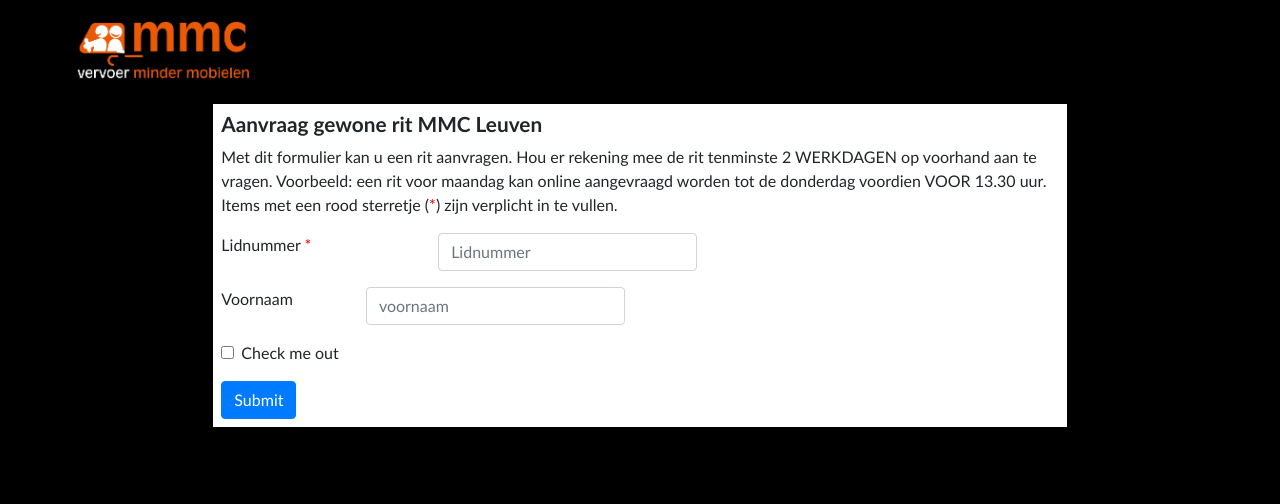
Repository: tclaes/vera
Page: index.html
An editor plug-in stored every save of this project. The page is shown before and after the next save, followed by the edit.
The browser window is 1280 px wide. The pictures show the whole page.

Above is the page before, as saved 2018-11-12 15:44:25.

### index.html
<!doctype html>
<html class="no-js" lang="">

<head>
  <meta charset="utf-8">
  <meta http-equiv="x-ua-compatible" content="ie=edge">
  <title></title>
  <meta name="description" content="">
  <meta name="viewport" content="width=device-width, initial-scale=1, shrink-to-fit=no">

  <link rel="manifest" href="site.webmanifest">
  <link rel="apple-touch-icon" href="icon.png">
  <!-- Place favicon.ico in the root directory -->

  <link rel="stylesheet" href="https://stackpath.bootstrapcdn.com/bootstrap/4.1.3/css/bootstrap.min.css" integrity="sha384-MCw98/SFnGE8fJT3GXwEOngsV7Zt27NXFoaoApmYm81iuXoPkFOJwJ8ERdknLPMO" crossorigin="anonymous">
  <link rel="stylesheet" href="css/main.css">
</head>

<body>
  <!--[if lte IE 9]>
    <p class="browserupgrade">You are using an <strong>outdated</strong> browser. Please <a href="https://browsehappy.com/">upgrade your browser</a> to improve your experience and security.</p>
  <![endif]-->

  <div class="container-fluid">
    <div class="row header">
      <div class="col-md-12">
        <img src="img/logo_MMC_neg_groot.28.jpg" alt="MMC Logo" height="100px">
      </div>
    </div>
    <div class="row d-flex justify-content-center">
      <div class="col-md-8 m-1 p-2 white">
        <h1>Aanvraag gewone rit MMC Leuven</h1>
        <p>Met dit formulier kan u een rit aanvragen. Hou er rekening mee de rit tenminste 2 WERKDAGEN op voorhand aan te vragen.
          Voorbeeld: een rit voor maandag kan online aangevraagd worden tot de donderdag voordien VOOR 13.30 uur.
          Items met een rood sterretje (<span class="red">*</span>) zijn verplicht in te vullen.</p>
        <form>
          <div class="form-group">
            <div class="row">
              <div class="col-md-3">
                <label for="lidNummer">Lidnummer <span class="red">*</span></label>
              </div>
              <div class="col-md-4">
                <input type="text" class="form-control" id="lidNummer" aria-describedby="lidNummer" placeholder="Lidnummer" required>
              </div>
            </div>
          </div>
          <div class="form-group">
            <div class="row">
              <div class="col-md-2">
                <label for="voornaam">Voornaam</label>
              </div>
              <div class="col-md-4">
                <input type="text" class="form-control" id="voornaam" placeholder="voornaam">
              </div>
            </div>
          </div>
        <div class="form-group form-check">
          <input type="checkbox" class="form-check-input" id="exampleCheck1">
          <label class="form-check-label" for="exampleCheck1">Check me out</label>
        </div>
        <button type="submit" class="btn btn-primary">Submit</button>
      </form>
    </div>
    </div>
    <div class="row footer"></div>
  </div>



  <script src="https://code.jquery.com/jquery-3.3.1.slim.min.js" integrity="sha384-q8i/X+965DzO0rT7abK41JStQIAqVgRVzpbzo5smXKp4YfRvH+8abtTE1Pi6jizo" crossorigin="anonymous"></script>
<script src="https://cdnjs.cloudflare.com/ajax/libs/popper.js/1.14.3/umd/popper.min.js" integrity="sha384-ZMP7rVo3mIykV+2+9J3UJ46jBk0WLaUAdn689aCwoqbBJiSnjAK/l8WvCWPIPm49" crossorigin="anonymous"></script>
<script src="https://stackpath.bootstrapcdn.com/bootstrap/4.1.3/js/bootstrap.min.js" integrity="sha384-ChfqqxuZUCnJSK3+MXmPNIyE6ZbWh2IMqE241rYiqJxyMiZ6OW/JmZQ5stwEULTy" crossorigin="anonymous"></script>
  <script src="js/vendor/modernizr-3.6.0.min.js"></script>
  <script>window.jQuery || document.write('<script src="js/vendor/jquery-3.3.1.min.js"><\/script>')</script>
  <script src="js/plugins.js"></script>
  <script src="js/main.js"></script>
</body>

</html>

### css/main.css
/*! HTML5 Boilerplate v6.1.0 | MIT License | https://html5boilerplate.com/ */

/*
 * What follows is the result of much research on cross-browser styling.
 * Credit left inline and big thanks to Nicolas Gallagher, Jonathan Neal,
 * Kroc Camen, and the H5BP dev community and team.
 */

/* ==========================================================================
   Base styles: opinionated defaults
   ========================================================================== */

html {
    color: #222;
    font-size: 1em;
    line-height: 1.4;
}

/*
 * Remove text-shadow in selection highlight:
 * https://twitter.com/miketaylr/status/12228805301
 *
 * Vendor-prefixed and regular ::selection selectors cannot be combined:
 * https://stackoverflow.com/a/16982510/7133471
 *
 * Customize the background color to match your design.
 */

::-moz-selection {
    background: #b3d4fc;
    text-shadow: none;
}

::selection {
    background: #b3d4fc;
    text-shadow: none;
}

/*
 * A better looking default horizontal rule
 */

hr {
    display: block;
    height: 1px;
    border: 0;
    border-top: 1px solid #ccc;
    margin: 1em 0;
    padding: 0;
}

/*
 * Remove the gap between audio, canvas, iframes,
 * images, videos and the bottom of their containers:
 * https://github.com/h5bp/html5-boilerplate/issues/440
 */

audio,
canvas,
iframe,
img,
svg,
video {
    vertical-align: middle;
}

/*
 * Remove default fieldset styles.
 */

fieldset {
    border: 0;
    margin: 0;
    padding: 0;
}

/*
 * Allow only vertical resizing of textareas.
 */

textarea {
    resize: vertical;
}

/* ==========================================================================
   Browser Upgrade Prompt
   ========================================================================== */

.browserupgrade {
    margin: 0.2em 0;
    background: #ccc;
    color: #000;
    padding: 0.2em 0;
}

/* ==========================================================================
   Author's custom styles
   ========================================================================== */

   body {
     background: black;
     font-family: 'Trebuchet MS', 'Lucida Sans Unicode', 'Lucida Grande', 'Lucida Sans', Arial, sans-serif;
   }

   h1 {
     font-size: 1.3rem;
     font-weight: 700;
   }

   .white {
     background-color: white;
   }

   .red {
     color: red;
   }


















/* ==========================================================================
   Helper classes
   ========================================================================== */

/*
 * Hide visually and from screen readers
 */

.hidden {
    display: none !important;
}

/*
 * Hide only visually, but have it available for screen readers:
 * https://snook.ca/archives/html_and_css/hiding-content-for-accessibility
 *
 * 1. For long content, line feeds are not interpreted as spaces and small width
 *    causes content to wrap 1 word per line:
 *    https://medium.com/@jessebeach/beware-smushed-off-screen-accessible-text-5952a4c2cbfe
 */

.visuallyhidden {
    border: 0;
    clip: rect(0 0 0 0);
    height: 1px;
    margin: -1px;
    overflow: hidden;
    padding: 0;
    position: absolute;
    width: 1px;
    white-space: nowrap; /* 1 */
}

/*
 * Extends the .visuallyhidden class to allow the element
 * to be focusable when navigated to via the keyboard:
 * https://www.drupal.org/node/897638
 */

.visuallyhidden.focusable:active,
.visuallyhidden.focusable:focus {
    clip: auto;
    height: auto;
    margin: 0;
    overflow: visible;
    position: static;
    width: auto;
    white-space: inherit;
}

/*
 * Hide visually and from screen readers, but maintain layout
 */

.invisible {
    visibility: hidden;
}

/*
 * Clearfix: contain floats
 *
 * For modern browsers
 * 1. The space content is one way to avoid an Opera bug when the
 *    `contenteditable` attribute is included anywhere else in the document.
 *    Otherwise it causes space to appear at the top and bottom of elements
 *    that receive the `clearfix` class.
 * 2. The use of `table` rather than `block` is only necessary if using
 *    `:before` to contain the top-margins of child elements.
 */

.clearfix:before,
.clearfix:after {
    content: " "; /* 1 */
    display: table; /* 2 */
}

.clearfix:after {
    clear: both;
}

/* ==========================================================================
   EXAMPLE Media Queries for Responsive Design.
   These examples override the primary ('mobile first') styles.
   Modify as content requires.
   ========================================================================== */

@media only screen and (min-width: 35em) {
    /* Style adjustments for viewports that meet the condition */
}

@media print,
       (-webkit-min-device-pixel-ratio: 1.25),
       (min-resolution: 1.25dppx),
       (min-resolution: 120dpi) {
    /* Style adjustments for high resolution devices */
}

/* ==========================================================================
   Print styles.
   Inlined to avoid the additional HTTP request:
   https://www.phpied.com/delay-loading-your-print-css/
   ========================================================================== */

@media print {
    *,
    *:before,
    *:after {
        background: transparent !important;
        color: #000 !important; /* Black prints faster */
        -webkit-box-shadow: none !important;
        box-shadow: none !important;
        text-shadow: none !important;
    }

    a,
    a:visited {
        text-decoration: underline;
    }

    a[href]:after {
        content: " (" attr(href) ")";
    }

    abbr[title]:after {
        content: " (" attr(title) ")";
    }

    /*
     * Don't show links that are fragment identifiers,
     * or use the `javascript:` pseudo protocol
     */

    a[href^="#"]:after,
    a[href^="javascript:"]:after {
        content: "";
    }

    pre {
        white-space: pre-wrap !important;
    }
    pre,
    blockquote {
        border: 1px solid #999;
        page-break-inside: avoid;
    }

    /*
     * Printing Tables:
     * http://css-discuss.incutio.com/wiki/Printing_Tables
     */

    thead {
        display: table-header-group;
    }

    tr,
    img {
        page-break-inside: avoid;
    }

    p,
    h2,
    h3 {
        orphans: 3;
        widows: 3;
    }

    h2,
    h3 {
        page-break-after: avoid;
    }
}

### js/plugins.js
// Avoid `console` errors in browsers that lack a console.
(function() {
  var method;
  var noop = function () {};
  var methods = [
    'assert', 'clear', 'count', 'debug', 'dir', 'dirxml', 'error',
    'exception', 'group', 'groupCollapsed', 'groupEnd', 'info', 'log',
    'markTimeline', 'profile', 'profileEnd', 'table', 'time', 'timeEnd',
    'timeline', 'timelineEnd', 'timeStamp', 'trace', 'warn'
  ];
  var length = methods.length;
  var console = (window.console = window.console || {});

  while (length--) {
    method = methods[length];

    // Only stub undefined methods.
    if (!console[method]) {
      console[method] = noop;
    }
  }
}());

// Place any jQuery/helper plugins in here.

Loaded but not shown: js/vendor/modernizr-3.6.0.min.js (library); js/main.js (no stored copy; drawn as an empty file)

After the next save:
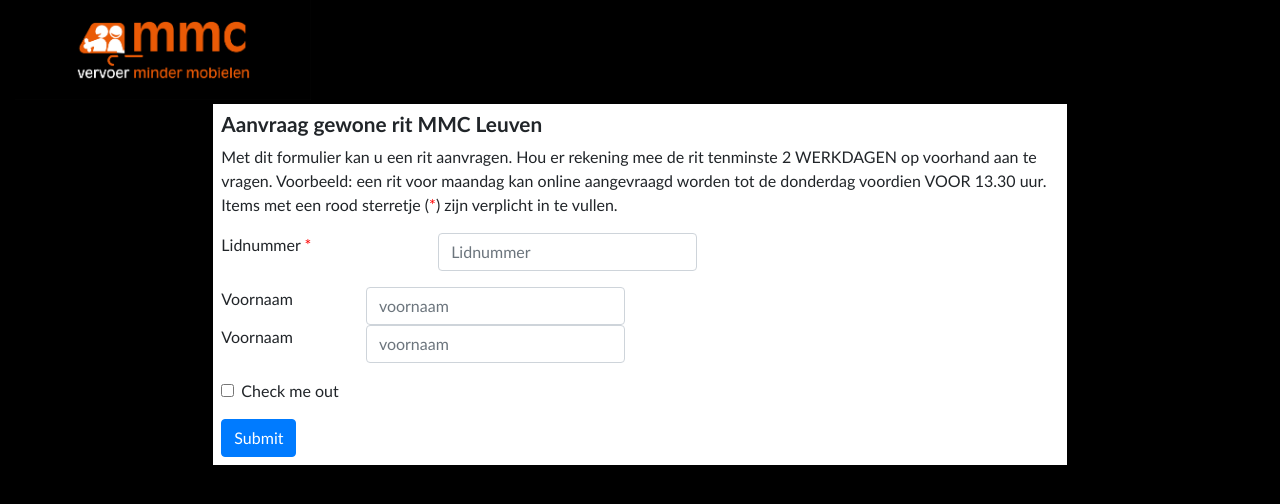
Saved 11 s later.
--- a/index.html
+++ b/index.html
@@ -53,6 +53,14 @@
                 <input type="text" class="form-control" id="voornaam" placeholder="voornaam">
               </div>
             </div>
+            <div class="row">
+                <div class="col-md-2">
+                  <label for="voornaam">Voornaam</label>
+                </div>
+                <div class="col-md-4">
+                  <input type="text" class="form-control" id="voornaam" placeholder="voornaam">
+                </div>
+              </div>
           </div>
         <div class="form-group form-check">
           <input type="checkbox" class="form-check-input" id="exampleCheck1">
